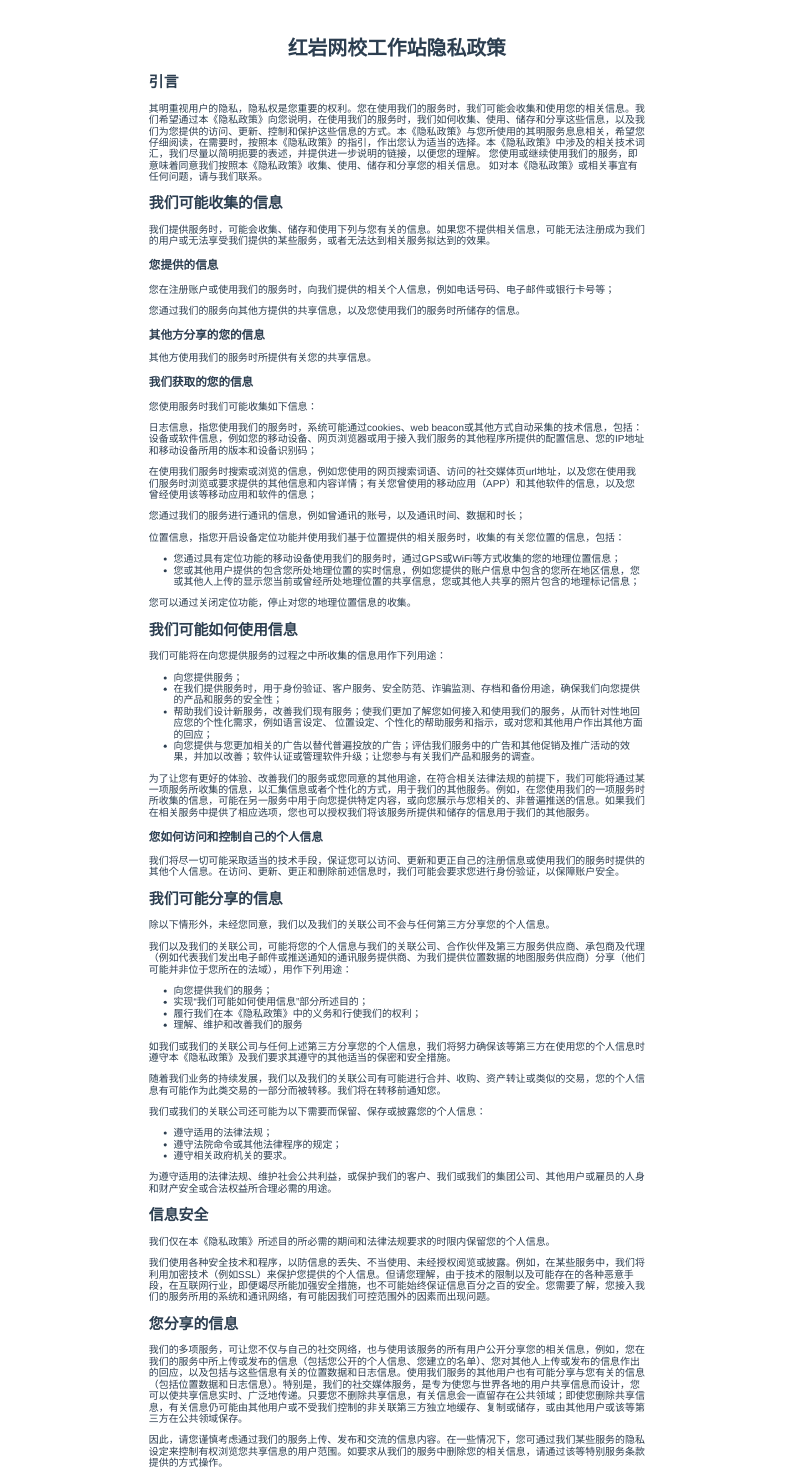
Repository: zl-mdc/privacy-policy
Page: /
An editor plug-in stored every save of this project. The page is shown before and after the next save, followed by the edit.
The browser window is 1280 px wide. The pictures show the whole page, at 62% of full size.
The project was rebuilt for these pictures with package versions that can differ from the ones it lists, and the page was loaded fresh each time.

Above is the page before, as saved 2020-09-17 15:53:33.

After the next save:
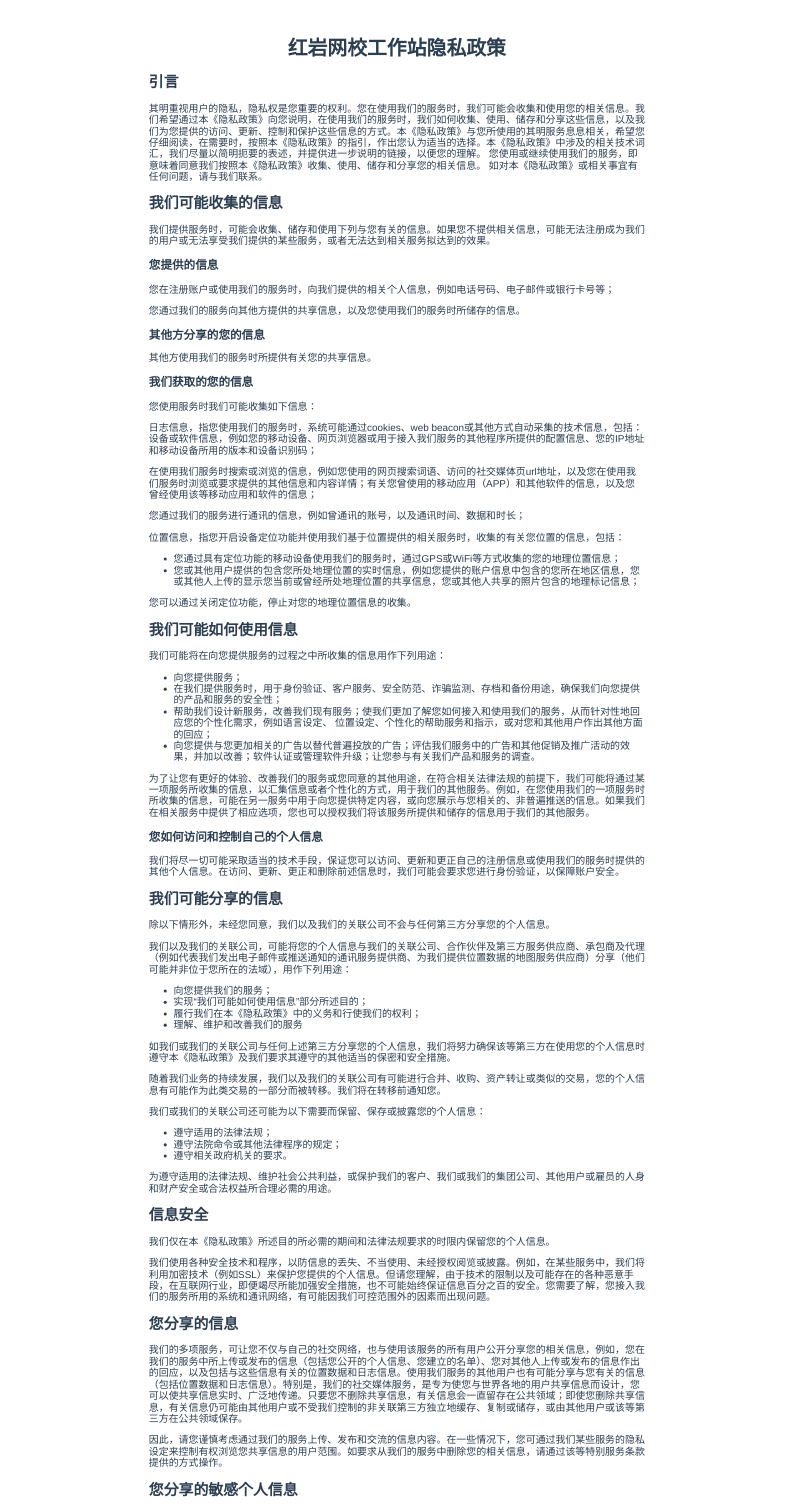
Saved 11 s later.
--- a/src/components/Info.vue
+++ b/src/components/Info.vue
@@ -1,7 +1,7 @@
 <!--
  * @Author: Code_Master
  * @Date: 2020-09-17 15:00:51
- * @LastEditTime: 2020-09-17 15:53:33
+ * @LastEditTime: 2020-09-17 15:53:44
  * @LastEditors: Code_Master
  * @FilePath: /privacy-policy/src/components/Info.vue
  * @Description: The first 90% of the code accounts for the first 90% of the development time. The remaining 10% of the code accounts for the other 90% of the development time.
@@ -70,6 +70,8 @@
           <h2>您分享的信息</h2>
           <p>我们的多项服务，可让您不仅与自己的社交网络，也与使用该服务的所有用户公开分享您的相关信息，例如，您在我们的服务中所上传或发布的信息（包括您公开的个人信息、您建立的名单）、您对其他人上传或发布的信息作出的回应，以及包括与这些信息有关的位置数据和日志信息。使用我们服务的其他用户也有可能分享与您有关的信息（包括位置数据和日志信息）。特别是，我们的社交媒体服务，是专为使您与世界各地的用户共享信息而设计，您可以使共享信息实时、广泛地传递。只要您不删除共享信息，有关信息会一直留存在公共领域；即使您删除共享信息，有关信息仍可能由其他用户或不受我们控制的非关联第三方独立地缓存、复制或储存，或由其他用户或该等第三方在公共领域保存。</p>
           <p>因此，请您谨慎考虑通过我们的服务上传、发布和交流的信息内容。在一些情况下，您可通过我们某些服务的隐私设定来控制有权浏览您共享信息的用户范围。如要求从我们的服务中删除您的相关信息，请通过该等特别服务条款提供的方式操作。</p>
+
+          <h2>您分享的敏感个人信息  </h2>
     </div>
 </template>
 
